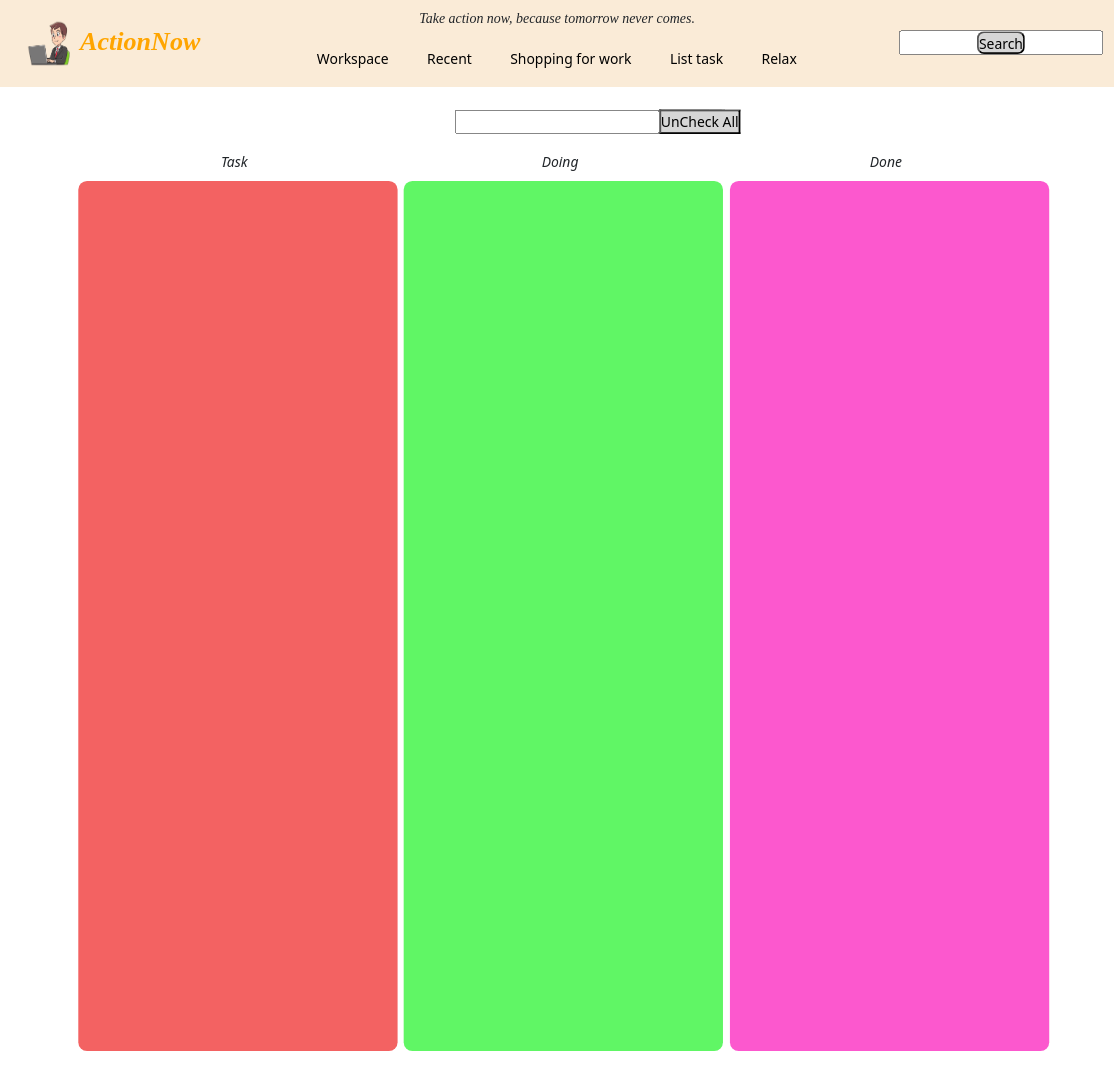
Repository: huavantinh/todo
Page: index.html
An editor plug-in stored every save of this project. The page is shown before and after the next save, followed by the edit.
The browser window is 1280 px wide. The pictures show the whole page, at 87% of full size.

Above is the page before, as saved 2023-04-08 10:20:46.

### index.html
<!DOCTYPE html>
<html lang="en">

<head>
  <meta charset="UTF-8" />
  <meta http-equiv="X-UA-Compatible" content="IE=edge" />
  <meta name="viewport" content="width=device-width, initial-scale=1.0" />
  <title>Document</title>
  <link rel="stylesheet" href="./css/style.css" />
  <link rel="stylesheet" href="https://cdn.jsdelivr.net/npm/bootstrap@5.2.3/dist/css/bootstrap.min.css"
    integrity="sha384-rbsA2VBKQhggwzxH7pPCaAqO46MgnOM80zW1RWuH61DGLwZJEdK2Kadq2F9CUG65" crossorigin="anonymous" />
</head>

<body>
  <nav class="nav-bar navbar navbar-default">
    <div class="container-fluid">
      <div class="brand">
        <!-- line1top -->
        <img src="./css/img/logo-brand.png" alt="Brand" />
        <i id="i1">ActionNow</i>
        <i id="i2">Take action now, because tomorrow never comes.</i>
        <!-- search  -->
        <div class="search-box">
          <input type="text" />
          <button>Search</button>
        </div>
      </div>
      <!-- menu  -->
      <div class="nav-menu">
        <div class="list-menu">
          <a href="">Workspace</a>
          <a href="">Recent</a>
          <a href="">Shopping for work</a>
          <a href="">List task</a>
          <a href="">Relax</a>
        </div>
      </div>
    </div>
  </nav>
  <div>

    <div class="container">
      <div class="add">
        <div class="box-add">
          <div class="d-inline-block position-relative">
            <input id="input-sub" type="text" />
            <span style="
                  color: #656966;
                  font-size: 10px;
                  position: absolute;
                  bottom: 0;
                  right: 0;
                " class="message" id="new-task-message">Please enter new task!</span>
          </div>

          <button id="button-submit" onclick="submit()">Submit</button>
          <button id="delete" onclick="deleteAll()">Delete All</button>
          <button id="checkall" onclick="checkAll(this)">Check All</button>
          <button id="uncheckall" onclick="unCheckAll(this)">
            UnCheck All
          </button>
        </div>
      </div>
      <div class="table">
        <div class="tasklist col-list">
          <i id="i1">Task</i>
          <div id="products" class="col-item col-1"></div>
        </div>

        <div class="doinglist col-list">
          <i id="i2">Doing</i>
          <div id="idoing" class="col-item col-2"></div>
        </div>

        <div class="donelist col-list">
          <i id="i3">Done</i>
          <div id="idone" class="col-item col-3"></div>
        </div>

      </div>
    </div>
  </div>
  </div>

  <script src="https://code.jquery.com/jquery-3.6.4.min.js"
    integrity="sha256-oP6HI9z1XaZNBrJURtCoUT5SUnxFr8s3BzRl+cbzUq8=" crossorigin="anonymous"></script>
  <script type="text/javascript" src="https://cdn.jsdelivr.net/npm/bootstrap@5.2.3/dist/js/bootstrap.min.js"></script>
  <script src="./app.js"></script>
</body>

</html>

### css/style.css
/* resetcss */
*{
    padding: 0;
    margin: 0;
}

/* Nav */
.container-fluid{
    position: fixed;
    top: 0;
    left: 0;
    right: 0;
    z-index: 99999;
    background-color: antiquewhite;
}


.brand{
    position: relative;
    display: flex;
    width: 100%;
    height: 50px;
}
.nav-menu{
    display: flex;
    justify-content: center;
    width: 100%;
    height: 50px;
    border-radius: 10px;
}
.nav-menu .list-menu{
    position: absolute;
    justify-content: center;
    align-items: center;
    margin-top: 5px;
}
.nav-menu .list-menu a{
    color: black;
    text-decoration: none;
    font-family: inherit;
    font-weight: 450;
    margin: 0 20px;
}
.brand .search-box{
    justify-content: center;
    align-items: center;
    position: absolute;
    right: 0;
    top: 70%;
    display: flex;
    border: none;
    cursor: pointer;
}
.search-box input {
    /* right: 100px; */
}
.search-box button {
    border-radius: 8px;
    /* right: 10px; */
}

.search-box button:hover {
    background-color:orange;;
    border-radius: 8px;
}
.brand img {
    position: relative;
    left: 20px;
    position: relative;
    top: 50%;
    width: 50px;
    height: 50px;
    border-color: orange;
}
.brand #i1{
    position: relative;
    left: 20px;
    top: 30%;
    margin: 10px;
    float: left;
    width: 390px;
    max-width: 400px;
    font-size: 30px;
    color: orange;
    font-family: cursive;
    font-weight: 700;
}

.brand #i2{
    justify-content: center;
    align-items: center;
    margin: 10px;
    width: 390px;
    max-width: 400px;
    font-family: cursive;
    font-weight: 500;
}

body{
    position: relative;
    padding-top: 90px;
}


/* content  */
.add  {
    display: flex;
    margin-top: 20px;
}
.box-add{
    margin: auto ;
}

.message
{
    display: none;
}
.error-message {
    display: inline;;
}

.table {
    display: flex;
    width: 100%;
    position: relative;
}

.table .col-list {
    width: 100% / 3;
    margin-top: 20px;
}

.table .col-item {
    display: flex;
    float: left;
    width: calc(1116px / 3 - 5px );
    height: 1000px;
    justify-content: center;
    background-color: rgb(231, 227, 108);
    border-radius: 10px;
    margin-left: 7.5px;
}

.table .col-2 {
    background-color: rgb(96, 246, 101);
}

.table .col-3 {
    background-color: rgb(252, 88, 206);
}


.table .col-list i {
    display: block;
    text-align: center;
    margin-bottom: 10px;
}

.tasklist #products {
    float: left;
    border-radius: 10px;
    width: calc(1116px / 3 - 5px );
    justify-content: center;
    background-color: rgb(243, 98, 98);
    display: inline;
}

 .product1 {
    position: relative;
    margin-left: 10px;
    border-bottom: 1px solid #636363 ;
    height: 30px;
    align-items: center;
    display: flex;
}
.taskname{
    position: absolute;
    text-overflow: clip;
    display: block;
    width: 70%;
    top: 2px;
}

.checkbox {
    position: absolute;
    margin-right: 10px;
    color: aquamarine;
    right: 70px;
    top: 8px;
}

 button {
    border-radius: 10px;
    background-color: #d6d6d6;
    max-height: 90%;
    position: absolute;
    margin-left: 280px;
}

### app.js
let todos =
  localStorage && localStorage.getItem("todolist")
    ? JSON.parse(localStorage.getItem("todolist"))
    : [];

function submit() {
  let textBox = document.getElementById("input-sub");
  let content = textBox.value;
  let randId = Math.random(); // 0.1235
  document.getElementById("new-task-message").classList.add("error-message");
  if (content == "") {
    onkeydown = function () {
      document
        .getElementById("new-task-message")
        .classList.remove("error-message");
    };
    return;
  } else {
    addContent(content, randId);

    textBox.value = "";

    //f5 =>
    todos.push(content);
    setstorages()
  }
}

function setstorages() {
  localStorage && localStorage.setItem("todolist", JSON.stringify(todos));
}

function addContent(content, randId) {
  document.getElementById("new-task-message").classList.remove("error-message");

  $("#products").append(
    '<div style="color: black" class="product1" id="row' + randId + '">' +
      '<div class="taskname">' + content + '</div>' +
      '<div class="checkbox-item"><input id="' +
      '"  class="checkbox" type="checkbox"  onclick="checkItem(event)"/></div> <button class"delete-item" onclick="deleteItem(event)">Delete</button>' +
      "</div>"
  );
}

function deleteAll() {
  var products = document.getElementById("products");
  products.innerHTML = "";
}

function checkAll() {
  var checkboxes = document.getElementsByClassName("checkbox");
  for (var checkbox of checkboxes) {
    checkbox.checked = true;
    checkbox.closest("div").parentNode.style.color = "red";
  }
}

function unCheckAll() {
  var checkboxes = document.getElementsByClassName("checkbox");
  for (var checkbox of checkboxes) {
    checkbox.checked = false;
    checkbox.closest("div").parentNode.style.color = "orange";
  }
}
var textBox2 = document.getElementById("input-sub");
textBox2.addEventListener("keyup", function (event) {
  if (event.keyCode === 13) {
    submit();
  }
});

function deleteItem(event) {
  var products = document.getElementById("products");
  var arraypro= document.getElementsByClassName("product1");
  var div = event.currentTarget.parentNode;
  // var div2 = event.currentTarget.parentNode.parentNode;

  console.log(div)
  // console.log(div2)

  let index1 = Array.prototype.indexOf.call(arraypro, div );
  let index2 = Array.prototype.indexOf.call(todos, index1);
  todos.splice(index2,1);
  products.removeChild(div);
  setstorages()
}


function checkItem(event) {
  var currenti = event.currentTarget;
  var color = currenti.checked ? "red" : "orange";
  // debugger
  currenti.closest("div").parentNode.style.color = color;
  let div = event.currentTarget.parentNode;
  let div2 = event.currentTarget.parentNode.parentNode;
  console.log(div2);
  console.log('div' + div);

  //move colum
  let produclist= document.getElementsByClassName("product1");
  // var  produclistj = JSON.parse(produclist);
  let produclistj = Array.from(produclist)
  console.log(produclistj);

  let index1 = Array.prototype.indexOf.call(produclistj, div2 );
  console.log(index1);
  produclistj.splice(index1,1);
  console.log(produclistj);

  //create array and insert to done list
  let doinglist = [];
  doinglist.push(div2);
  console.log(doinglist);
  // forEach(doinglist, function (item) {

  // })

  let textitem = div2.firstChild.textContent;
  console.log(textitem);
  let randId2 = Math.random()
  $("#idone").append('<div style="color: black" class="product1" id="row' + randId2 + '">' +
  '<div class="taskname">' + textitem + '</div>' +
  '<div class="checkbox-item"><input id="' +
  '"  class="checkbox" type="checkbox"  onclick="checkItem(event)"/></div> <button class"delete-item" onclick="deleteItem(event)">Delete</button>' +
  "</div>")
  // change background color when clicked checkbox
  // var bgcolor = currenti.checked ? "blue" : "";
  // currenti.closest("div").parentNode.style.backgroundColor = bgcolor;
}

document.addEventListener("DOMContentLoaded", function () {
  if (Array.isArray && todos.length > 0) {
    todos.forEach(function printlocal(content, index) {
      addContent(content, index);
    });
  }
});

After the next save:
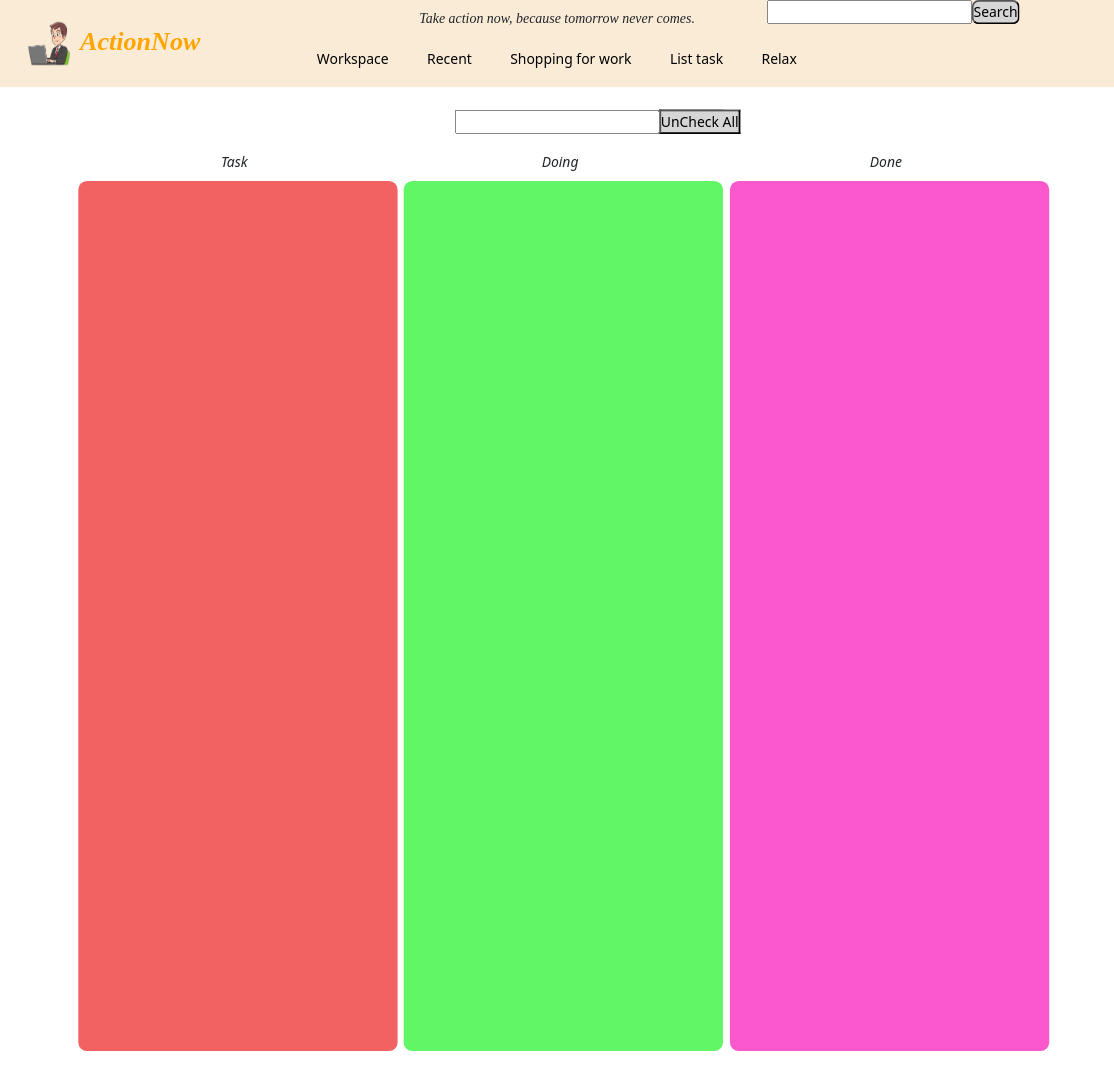
Saved 2 min 40 s later.
--- a/css/style.css
+++ b/css/style.css
@@ -42,13 +42,13 @@
     margin: 0 20px;
 }
 .brand .search-box{
-    justify-content: center;
+    /* justify-content: center;
     align-items: center;
     position: absolute;
     right: 0;
     top: 70%;
     display: flex;
-    border: none;
+    border: none; */
     cursor: pointer;
 }
 .search-box input {
